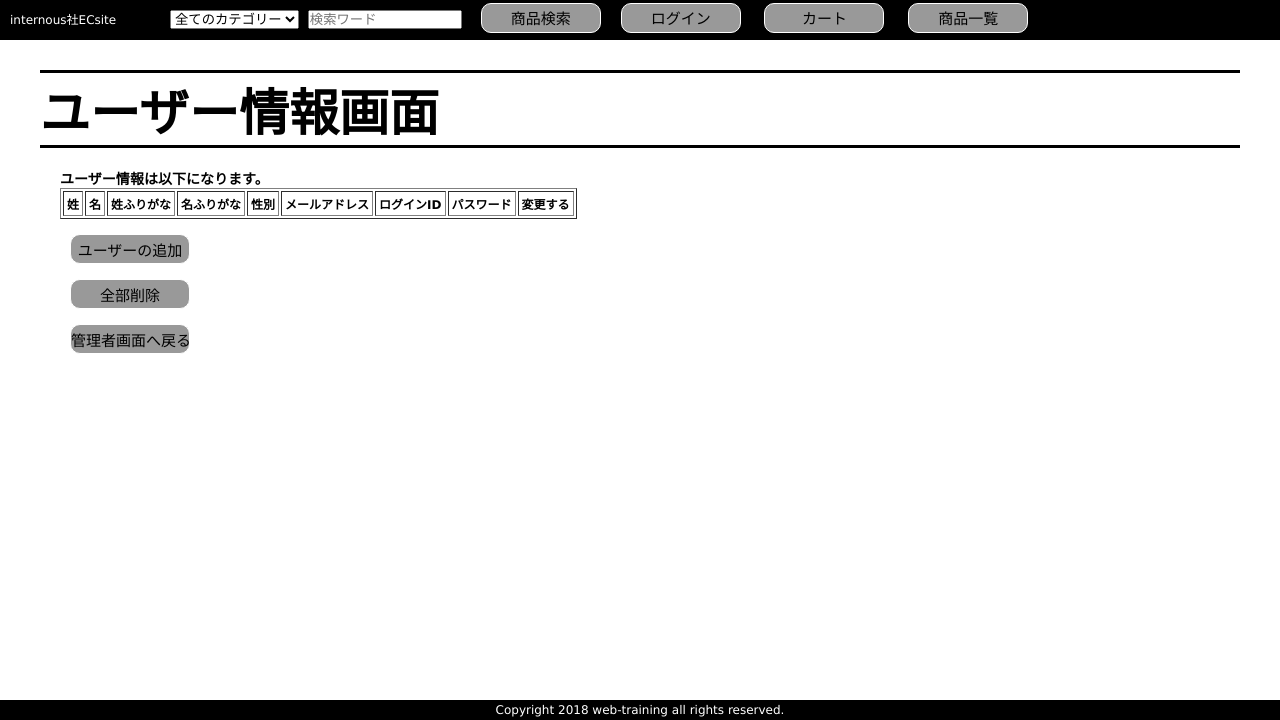
Repository: geeta333/ECsite
Page: http://localhost/web-training/userInfo.jsp
The author's editor kept a copy of each file at every save. The page is drawn from the files as they stood at one save, then again after the next save.
The browser window is 1280 px wide. The pictures show the whole page.
The page is served by Tomcat 9. Other server files are loaded and not shown.

Above is the page before, as saved 2018-07-27 06:42:13.

### web-training/WebContent/userInfo.jsp
<%@ page language="java" contentType="text/html; charset=UTF-8"
    pageEncoding="UTF-8"%>
<%@ taglib prefix="s" uri="/struts-tags" %>
<!DOCTYPE html>
<html>
<head>
	<meta charset="UTF-8" />
	<title>商品情報画面</title>
	<link rel="stylesheet" href="./css/style.css">
</head>
<body>
	<div id="container">
	<jsp:include page="header.jsp" />
	<div id="main" class="clear">
		<div id="top">
			<h1>ユーザー情報画面</h1>
		</div>
		<div class="marginLeft">
			<h3>ユーザー情報は以下になります。</h3>
			<table border="1" class="ShowData">
				<tr>
					<th>姓</th>
					<th>名</th>
					<th>姓ふりがな</th>
					<th>名ふりがな</th>
					<th>性別</th>
					<th>メールアドレス</th>
					<th>ログインID</th>
					<th>パスワード</th>
					<th>変更する</th>
				</tr>
				<s:iterator value="userInfoList">
				<tr>
					<th><s:property value="family_name" /></th>
					<th><s:property value="first_name" /></th>
					<th><s:property value="family_name_kana" /></th>
					<th><s:property value="first_name_kana" /></th>
					<th>
						<s:if test="gender == 0">
							<span>男性</span>
						</s:if>
						<s:elseif test="gender == 1">
							<span>女性</span>
						</s:elseif>
					</th>
					<th><s:property value="email" /></th>
					<th><s:property value="user_id" /></th>
					<th><s:property value="password" /></th>
					<th>
					<s:if test="id == 1">
					<span>変更できません</span>
					</s:if>
					<s:else>
					<s:form action="UserInfoChangeAction">
						<input type="hidden" name="userId" value='<s:property value="id"/>'>
						<s:submit value="変更"/>
					</s:form>
					</s:else>
					</th>
				</tr>
				</s:iterator>
			</table>
			<s:form action="CreateUserAction" class="marginTop">
				<s:submit value="ユーザーの追加" class="button"/>
			</s:form>
			<s:form action="UserInfoAction" class="marginTop">
				<input type="hidden" name="deleteFlg" value="1">
				<s:submit value="全部削除" method="delete" class="button" />
			</s:form>
			<s:if test="message != null">
				<h3><s:property value="message"/></h3>
			</s:if>
			<s:form action="GoAdministratorAction" class="marginTop">
				<s:submit value="管理者画面へ戻る" class="button"/>
			</s:form>
		</div>
	</div>
	<jsp:include page="footer.jsp" />
</div>
</body>
</html>

### web-training/WebContent/header.jsp
<%@ page language="java" contentType="text/html; charset=UTF-8"
    pageEncoding="UTF-8"%>
<%@ taglib prefix="s" uri="/struts-tags" %>
<!DOCTYPE html>
<html>
<head>
	<meta charset="UTF-8" />
	<title>ヘッダー</title>
<!-- 	<link rel="stylesheet" href="./css/style.css"> -->
</head>
<body>
<div id="header">
	<div id="nameIntroduction">
		<p><a href='<s:url action="GoAdministratorAction" />'>internous社ECsite</a></p>
	</div>

	<ul>
		<s:form action="ItemListAction" class="float">
		<li>
			<select name="category_id">
				<option value="1">全てのカテゴリー</option>
				<option value="2">本</option>
				<option value="3">家電・パソコン</option>
				<option value="4">おもちゃ・ゲーム</option>
			</select>
		</li>
		<li>
			<input type="hidden" name="retrievalFlg" value="1">
			<input type="text" name="keywords" placeholder="検索ワード" id="text">
		</li>
		<li><s:submit value="商品検索"  class="button"/></li>
		</s:form>
		<li>
			<s:if test='#session.containsKey("user_id")'>
				<a href='<s:url action="LogoutAction" />'><input type="button" value="ログアウト" class="button"></a>
			</s:if>
			<s:else>
				<a href='<s:url action="GoLoginAction" />'><input type="button" value="ログイン" class="button"></a>
			</s:else>
		</li>
		<li><a href='<s:url action="GoCartAction" />'><input type="button" value="カート" class="button"></a></li>
		<li><a href='<s:url action="ItemListAction" />'><input type="button" value="商品一覧" class="button"></a></li>
		<s:if test='#session.containsKey("user_id") && !#session.containsKey("administrator")'>
			<li><a href='<s:url action="GoMyPageAction" />'><input type="button" value="マイページ" class="button"></a></li>
		</s:if>
		<s:elseif test='#session.containsKey("administrator")'>
			<li><a href='<s:url action="GoAdministratorAction" />'><input type="button" value="管理者画面へ" class="button"></a></li>
		</s:elseif>
	</ul>
</div>
</body>
</html>

### web-training/WebContent/footer.jsp
<%@ page language="java" contentType="text/html; charset=UTF-8"
    pageEncoding="UTF-8"%>
<%@ taglib prefix="s" uri="/struts-tags" %>
<!DOCTYPE html>
<html>
<head>
	<meta charset="UTF-8" />
	<title>フッター</title>
<!-- 	<link rel="stylesheet" href="./css/style.css"> -->
</head>
<body>
<div id="footer">
	<p>Copyright 2018 web-training all rights reserved.
</div>
</body>
</html>

### web-training/WebContent/css/style.css
@CHARSET "UTF-8";

/* common */

* {
    margin: 0;
    padding: 0;
}

.clear {
    clear: both;
}

html, body {
    min-height: 100%;
    height: 100%;

}

body {
    font-family: Verdana, Helvetica, sans-serif;
    font-size: 12px;
    background: white;
}

h1 {
    font-size: 50px;
    margin: 20px 0;
    border-top: 3px solid black;
    border-bottom: 3px solid black;
}

h2 {
    margin: 15px 0;
}

a {
	text-decoration: none;
	color: inherit;
}

ul {
    list-style: none;
}

th {
	text-align: right;
    padding-right: 5px;
}

select {
    margin: 0 0 0 10px;
}

.button {
    width: 120px;
    height: 30px;
    font-size: 15px;
    border: 1px solid white;
    border-radius: 10px;
    margin-left: 10px;
    margin-right: 10px;
    background: #999;
}

.button:hover {
    opacity: 0.5;
}

/* id */

#container {
    width: 100%;
    min-width: 1200px;
    min-height: 100%;
    position: relative;
}

#header {
    width: 100%;
    height: 40px;
    background: black;
    color: white;
}

#header ul {
    line-height: 40px;
}

#header li {
    display: inline-block;
}

#main {
    width: 1200px;
    padding: 10px 10px 30px;
    margin: 0 auto;
    color: black;
}

#footer {
    width: 100%;
    height: 20px;
    background: black;
    color: white;
    text-align: center;
    line-height: 20px;
    font-size: 12px;
    position: absolute;
    bottom: 0;
}

#text { /*検索で使用*/
    width: 150px;
    margin: 0 5px;
}


#itemList { /*itemListで使用*/

}

#nameIntroduction { /* headerで使用 */
    width: 150px;
    float: left;
    line-height: 40px;
    margin-left: 10px;
}

#pageNo li {
    display: inline-block;
}

/* class */


.verticalTable {
    margin-left: 10px;
}

.verticalTable tr {
    height: 30px;
}

.verticalTable th {
    background: black;
    color: white;
    font-size: 16px;
    width: 170px;
}

.txt {
	width : 300px;
	height : 30px;
	border: 0.5px solid #999;
	font-size : 24px;
}

.list {
	width : 300px;
	height : 30px;
	border: 0.5px solid #999;
}

.marginTop {
    margin-top: 15px;
}

.center {
    text-align: center;
}

.float {
    float: left;
}

.ShowData th {
    padding: 3px;
}

.marginLeft {
    margin-left: 20px;
}


.itemListBox {
    display: inline-block;
    margin: 15px;
    text-align: center;
}

.itemImage {
    width: 200px;
    height: 200px;
}

.itemDetailBox {
    text-align: center;
    font-size: 22px;
}

.itemDetailBox table {
    margin: 20px auto;
}

.itemDetailImage {
    width: 500px;
    height: 500px;
}

.itemImageSmall {
    width: 50px;
    height: 50px;
}

.error {
	color: red;
	font-size: 20px;
}

.marginAuto {
	margin: 0 auto;
}

After the next save:
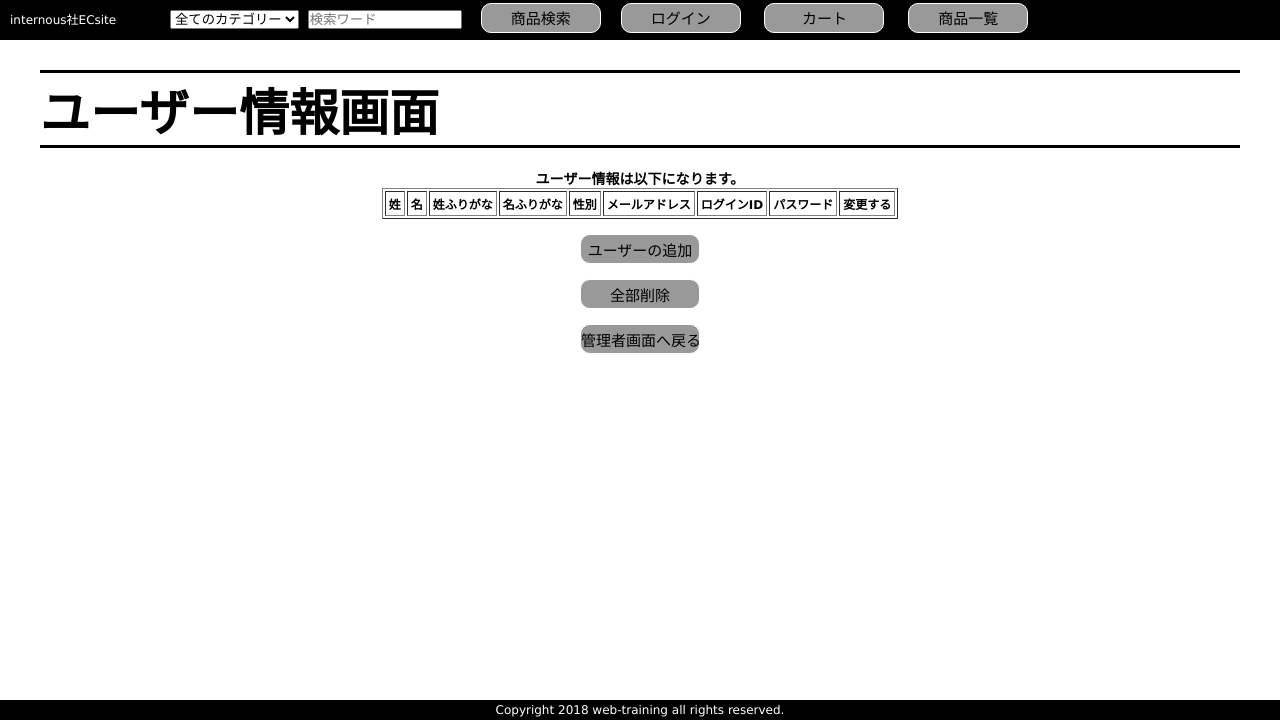
Saved 6 min 32 s later.
--- a/web-training/WebContent/userInfo.jsp
+++ b/web-training/WebContent/userInfo.jsp
@@ -15,9 +15,9 @@
 		<div id="top">
 			<h1>ユーザー情報画面</h1>
 		</div>
-		<div class="marginLeft">
+		<div class="center">
 			<h3>ユーザー情報は以下になります。</h3>
-			<table border="1" class="ShowData">
+			<table border="1" class="ShowData marginAuto">
 				<tr>
 					<th>姓</th>
 					<th>名</th>
